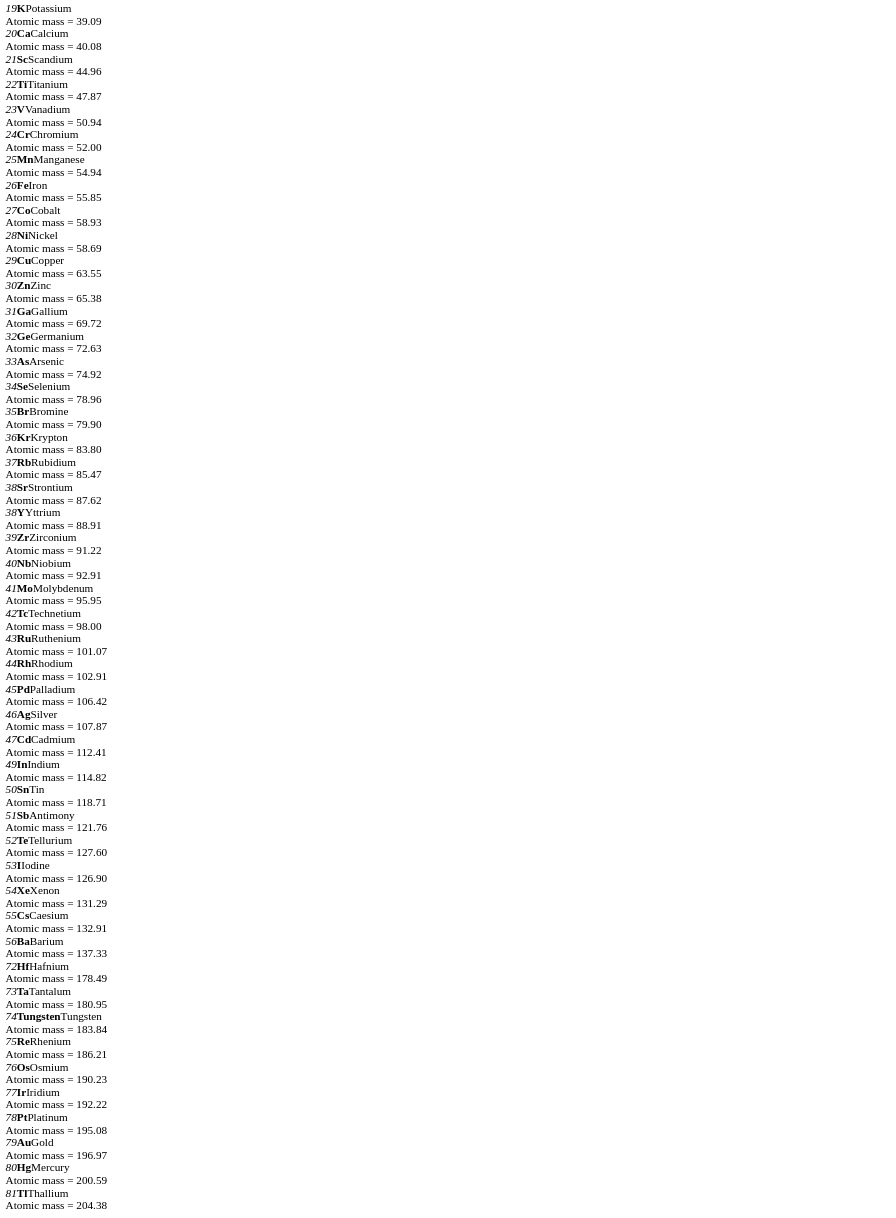
Repository: manayparikh1/Periodify
Page: index.html
The author's editor kept a copy of each file at every save. The page is drawn from the files as they stood at one save, then again after the next save.
The browser window is 1280 px wide. The pictures show the part of the page from y = 988 to 2908 px (the page is 2728 px tall before and 2908 px after), at 70% of full size.

Above is the page before, as saved 2026-10-16 20:33:23.

### index.html
<!DOCTYPE html>
<html lang="en">

<head>
    <meta charset="UTF-8">
    <meta name="viewport" content="width=device-width, initial-scale=1.0">
    <title>Periodify</title>
</head>

<body>
    <!-- === HTML STARTS here===-->
    <header>
        <h1>Period<span>ify</span></h1>
        <p>Hover (or tap) an element and you can hover over the legend to isolate that specific group.</p>
    </header>
    <!-- === Legend === -->
    <ul class="legend">
        <li class="k-ak" style="--c: var(--ak);">Alkali metals</li>
        <li class="k-ae" style="--c: var(--ae);">Alkaline earth metals</li>
        <li class="k-tm" style="--c: var(--tm);">Transition metals</li>
        <li class="k-pt" style="--c: var(--pt);">Post-transition metals</li>
        <li class="k-md" style="--c: var(--md);">Metalloids</li>
        <li class="k-nm" style="--c: var(--nm);">Nonmetals</li>
        <li class="k-hg" style="--c: var(--hg);">Halogens</li>
        <li class="k-hl" style="--c: var(--hl);">Noble gases</li>
        <li class="k-la" style="--c: var(--la);">Lanthanides</li>
        <li class="k-ac" style="--c: var(--ac);">Actinides</li>
    </ul>
    <p class="hint">If you are on a phone swipe the table to the side so you can see properly.</p>
    <div class="scroll">
        <div class="table">

            <!-- The first period -->
            <div class="el nm" tabindex="0"><i>1</i><b>H</b><span>Hydrogen<br>Atomic mass = 1.008</span></div>
            <div class="gap" style="--n:16"></div>
            <!-- Gives a 16 element gap because hydron and helium are not in the same column -->
            <div class="el ng" tabindex="0"><i>2</i><b>He</b><span>Helium<br>Atomic mass = 4.003</span></div>
            <!-- The second period -->
            <div class="el ak" tabindex="0"><i>3</i><b>Li</b><span>Lithium<br>Atomic mass = 6.94</span></div>
            <div class="el ae" tabindex="0"><i>4</i><b>Be</b><span>Beryllium<br>Atomic mass = 9.012</span></div>
            <div class="gap" style="--n:10"></div>
            <div class="el md" tabindex="0"><i>5</i><b>B</b><span>Boron<br>Atomic mass = 10.81</span></div>
            <div class="el nm" tabindex="0"><i>6</i><b>C</b><span>Carbon<br>Atomic mass = 12.01</span></div>
            <div class="el nm" tabindex="0"><i>7</i><b>N</b><span>Nitrogen<br>Atomic mass = 14.01</span></div>
            <div class="el nm" tabindex="0"><i>8</i><b>O</b><span>Oxygen<br>Atomic mass = 16.00</span></div>
            <div class="el hg" tabindex="0"><i>9</i><b>F</b><span>Fluorine<br>Atomic mass = 19.00</span></div>
            <div class="el ng" tabindex="0"><i>10</i><b>Ne</b><span>Neon<br>Atomic mass = 20.18</span></div>
            <!-- The third period -->
            <div class="el ak" tabindex="0"><i>11</i><b>Na</b><span>Sodium<br>Atomic mass = 22.99</span></div>
            <div class="el ae" tabindex="0"><i>12</i><b>Mg</b><span>Magnesium<br>Atomic mass = 24.31</span></div>
            <div class="gap" style="--n:10"></div>
            <div class="el md" tabindex="0"><i>13</i><b>Al</b><span>Aluminum<br>Atomic mass = 26.98</span></div>
            <div class="el nm" tabindex="0"><i>14</i><b>Si</b><span>Silicon<br>Atomic mass = 28.09</span></div>
            <div class="el nm" tabindex="0"><i>15</i><b>P</b><span>Phosphorus<br>Atomic mass = 30.97</span></div>
            <div class="el nm" tabindex="0"><i>16</i><b>S</b><span>Sulfur<br>Atomic mass = 32.06</span></div>
            <div class="el hg" tabindex="0"><i>17</i><b>Cl</b><span>Chlorine<br>Atomic mass = 35.45</span></div>
            <div class="el ng" tabindex="0"><i>18</i><b>Ar</b><span>Argon<br>Atomic mass = 39.95</span></div>
            <!-- the fourth period -->
            <div class="el ak" tabindex="0"><i>19</i><b>K</b><span>Potassium<br>Atomic mass = 39.09</span></div>
            <div class="el ae" tabindex="0"><i>20</i><b>Ca</b><span>Calcium<br>Atomic mass = 40.08</span></div>
            <div class="el tm" tabindex="0"><i>21</i><b>Sc</b><span>Scandium<br>Atomic mass = 44.96</span></div>
            <div class="el tm" tabindex="0"><i>22</i><b>Ti</b><span>Titanium<br>Atomic mass = 47.87</span></div>
            <div class="el tm" tabindex="0"><i>23</i><b>V</b><span>Vanadium<br>Atomic mass = 50.94</span></div>
            <div class="el tm" tabindex="0"><i>24</i><b>Cr</b><span>Chromium<br>Atomic mass = 52.00</span></div>
            <div class="el tm" tabindex="0"><i>25</i><b>Mn</b><span>Manganese<br>Atomic mass = 54.94</span></div>
            <div class="el tm" tabindex="0"><i>26</i><b>Fe</b><span>Iron<br>Atomic mass = 55.85</span></div>
            <div class="el tm" tabindex="0"><i>27</i><b>Co</b><span>Cobalt<br>Atomic mass = 58.93</span></div>
            <div class="el tm" tabindex="0"><i>28</i><b>Ni</b><span>Nickel<br>Atomic mass = 58.69</span></div>
            <div class="el tm" tabindex="0"><i>29</i><b>Cu</b><span>Copper<br>Atomic mass = 63.55</span></div>
            <div class="el tm" tabindex="0"><i>30</i><b>Zn</b><span>Zinc<br>Atomic mass = 65.38</span></div>
            <div class="el pt" tabindex="0"><i>31</i><b>Ga</b><span>Gallium<br>Atomic mass = 69.72</span></div>
            <div class="el md" tabindex="0"><i>32</i><b>Ge</b><span>Germanium<br>Atomic mass = 72.63</span></div>
            <div class="el md" tabindex="0"><i>33</i><b>As</b><span>Arsenic<br>Atomic mass = 74.92</span></div>
            <div class="el nm" tabindex="0"><i>34</i><b>Se</b><span>Selenium<br>Atomic mass = 78.96</span></div>
            <div class="el hg" tabindex="0"><i>35</i><b>Br</b><span>Bromine<br>Atomic mass = 79.90</span></div>
            <div class="el ng" tabindex="0"><i>36</i><b>Kr</b><span>Krypton<br>Atomic mass = 83.80</span></div>
            <!-- the fifth period -->
            <div class="el ak" tabindex="0"><i>37</i><b>Rb</b><span>Rubidium<br>Atomic mass = 85.47</span></div>
            <div class="el ae" tabindex="0"><i>38</i><b>Sr</b><span>Strontium<br>Atomic mass = 87.62</span></div>
            <div class="el tm" tabindex="0"><i>38</i><b>Y</b><span>Yttrium<br>Atomic mass = 88.91</span></div>
            <div class="el tm" tabindex="0"><i>39</i><b>Zr</b><span>Zirconium<br>Atomic mass = 91.22</span></div>
            <div class="el tm" tabindex="0"><i>40</i><b>Nb</b><span>Niobium<br>Atomic mass = 92.91</span></div>
            <div class="el tm" tabindex="0"><i>41</i><b>Mo</b><span>Molybdenum<br>Atomic mass = 95.95</span></div>
            <div class="el tm" tabindex="0"><i>42</i><b>Tc</b><span>Technetium<br>Atomic mass = 98.00</span></div>
            <div class="el tm" tabindex="0"><i>43</i><b>Ru</b><span>Ruthenium<br>Atomic mass = 101.07</span></div>
            <div class="el tm" tabindex="0"><i>44</i><b>Rh</b><span>Rhodium<br>Atomic mass = 102.91</span></div>
            <div class="el tm" tabindex="0"><i>45</i><b>Pd</b><span>Palladium<br>Atomic mass = 106.42</span></div>
            <div class="el tm" tabindex="0"><i>46</i><b>Ag</b><span>Silver<br>Atomic mass = 107.87</span></div>
            <div class="el tm" tabindex="0"><i>47</i><b>Cd</b><span>Cadmium<br>Atomic mass = 112.41</span></div>
            <div class="el pt" tabindex="0"><i>49</i><b>In</b><span>Indium<br>Atomic mass = 114.82</span></div>
            <div class="el pt" tabindex="0"><i>50</i><b>Sn</b><span>Tin<br>Atomic mass = 118.71</span></div>
            <div class="el md" tabindex="0"><i>51</i><b>Sb</b><span>Antimony<br>Atomic mass = 121.76</span></div>
            <div class="el md" tabindex="0"><i>52</i><b>Te</b><span>Tellurium<br>Atomic mass = 127.60</span></div>
            <div class="el hg" tabindex="0"><i>53</i><b>I</b><span>Iodine<br>Atomic mass = 126.90</span></div>
            <div class="el ng" tabindex="0"><i>54</i><b>Xe</b><span>Xenon<br>Atomic mass = 131.29</span></div>
            <!-- the sixth period -->
            <div class="el ak" tabindex="0"><i>55</i><b>Cs</b><span>Caesium<br>Atomic mass = 132.91</span></div>
            <div class="el ae" tabindex="0"><i>56</i><b>Ba</b><span>Barium<br>Atomic mass = 137.33</span></div>
            <!-- this is the gap for the lanthanoids  group (goes to hafnium straight)-->
            <div class="el tm" tabindex="0"><i>72</i><b>Hf</b><span>Hafnium<br>Atomic mass = 178.49</span></div>
            <div class="el tm" tabindex="0"><i>73</i><b>Ta</b><span>Tantalum<br>Atomic mass = 180.95</span></div>
            <div class="el tm" tabindex="0"><i>74</i><b>Tungsten</b><span>Tungsten<br>Atomic mass = 183.84</span></div>
            <div class="el tm" tabindex="0"><i>75</i><b>Re</b><span>Rhenium<br>Atomic mass = 186.21</span></div>
            <div class="el tm" tabindex="0"><i>76</i><b>Os</b><span>Osmium<br>Atomic mass = 190.23</span></div>
            <div class="el tm" tabindex="0"><i>77</i><b>Ir</b><span>Iridium<br>Atomic mass = 192.22</span></div>
            <div class="el tm" tabindex="0"><i>78</i><b>Pt</b><span>Platinum<br>Atomic mass = 195.08</span></div>
            <div class="el tm" tabindex="0"><i>79</i><b>Au</b><span>Gold<br>Atomic mass = 196.97</span></div>
            <div class="el tm" tabindex="0"><i>80</i><b>Hg</b><span>Mercury<br>Atomic mass = 200.59</span></div>
            <div class="el pt" tabindex="0"><i>81</i><b>Tl</b><span>Thallium<br>Atomic mass = 204.38</span></div>
            <div class="el pt" </div>

</body>

After the next save:
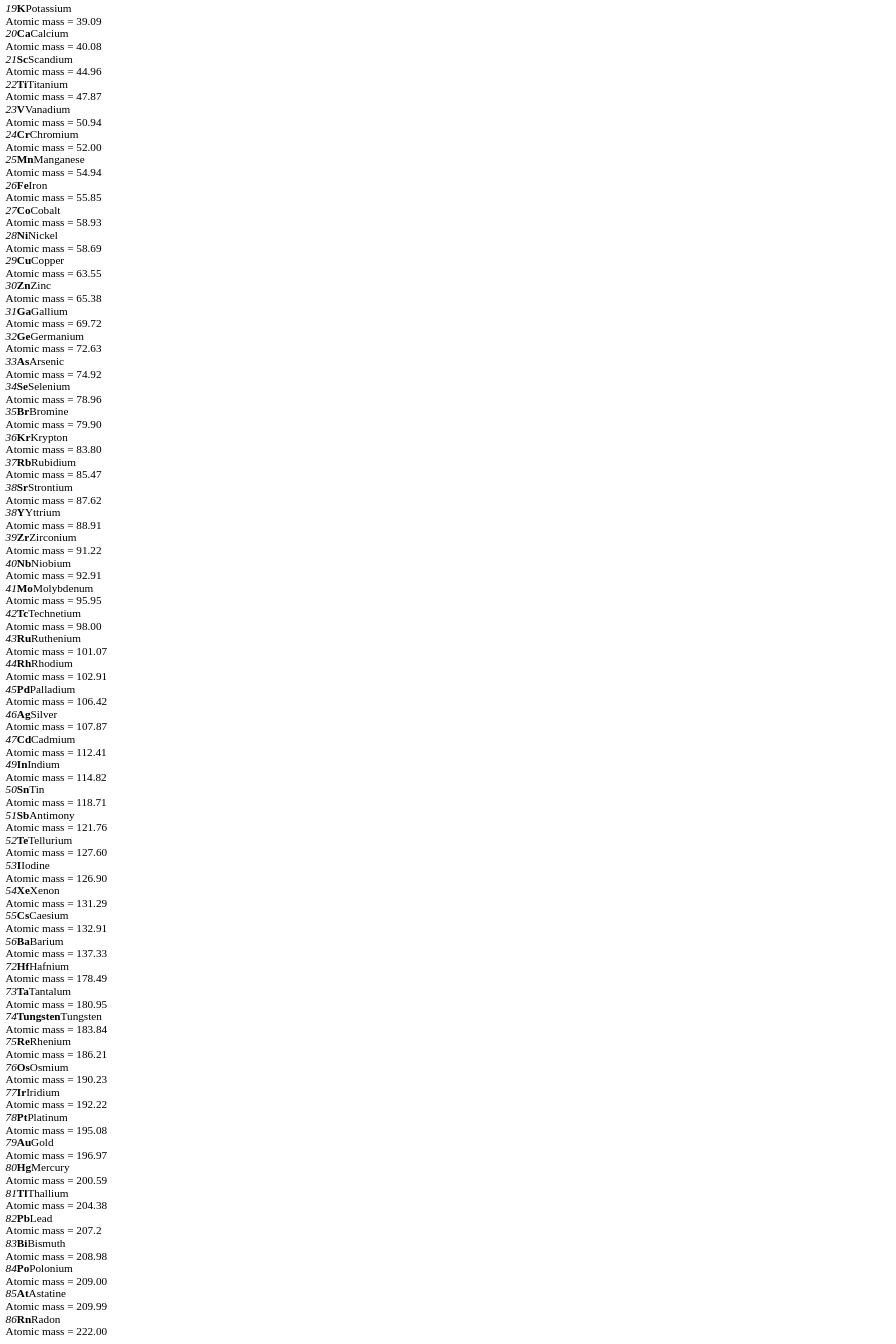
Saved 19 min 25 s later.
--- a/index.html
+++ b/index.html
@@ -107,6 +107,13 @@
             <div class="el tm" tabindex="0"><i>79</i><b>Au</b><span>Gold<br>Atomic mass = 196.97</span></div>
             <div class="el tm" tabindex="0"><i>80</i><b>Hg</b><span>Mercury<br>Atomic mass = 200.59</span></div>
             <div class="el pt" tabindex="0"><i>81</i><b>Tl</b><span>Thallium<br>Atomic mass = 204.38</span></div>
-            <div class="el pt" </div>
+            <div class="el pt" tabindex="0"><i>82</i><b>Pb</b><span>Lead<br>Atomic mass = 207.2</span></div>
+            <div class="el pt" tabindex="0"><i>83</i><b>Bi</b><span>Bismuth<br>Atomic mass = 208.98</span></div>
+            <div class="el md" tabindex="0"><i>84</i><b>Po</b><span>Polonium<br>Atomic mass = 209.00</span></div>
+            <div class="el hg" tabindex="0"><i>85</i><b>At</b><span>Astatine<br>Atomic mass = 209.99</span></div>
+            <div class="el ng" tabindex="0"><i>86</i><b>Rn</b><span>Radon<br>Atomic mass = 222.00</span></div>
+
+
+
 
 </body>
